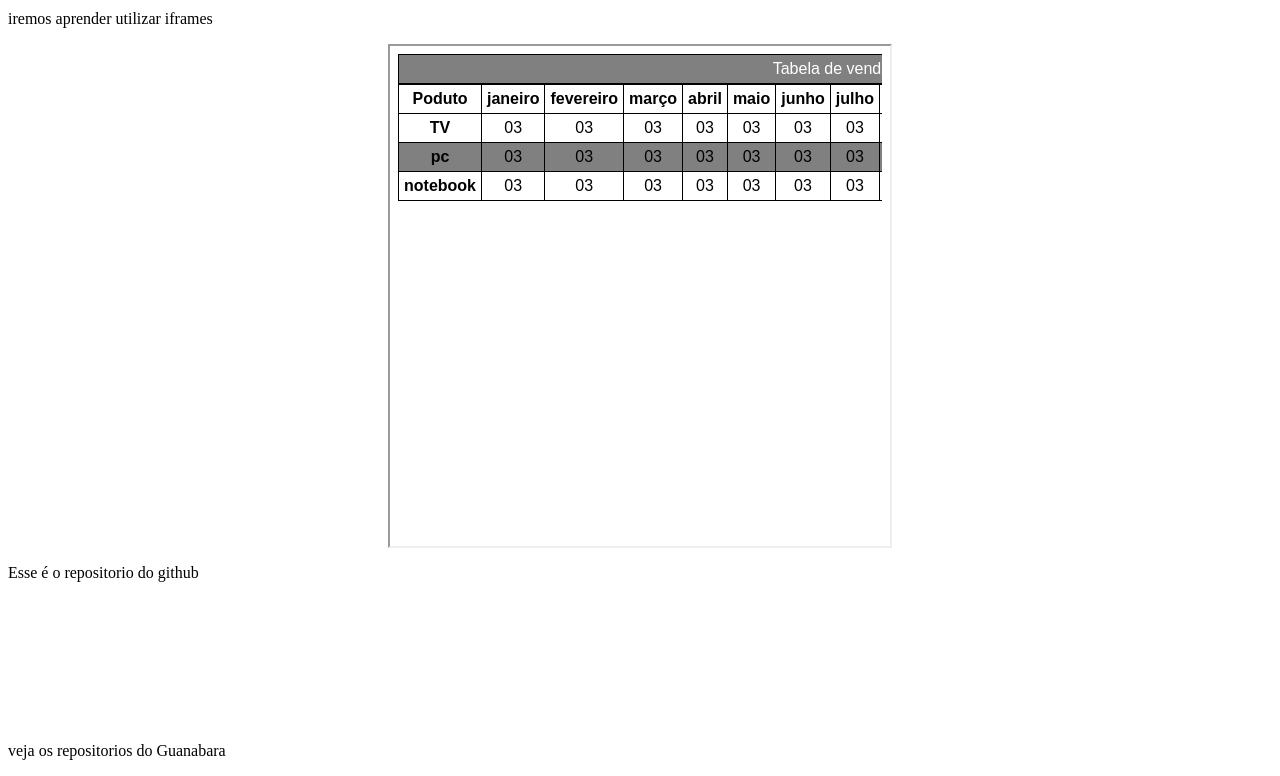
Repository: Lucianorodriguesdev/cursoHTML-CSS
Page: ex024/iframe.html
An editor plug-in stored every save of this project. The page is shown before and after the next save, followed by the edit.
The browser window is 1280 px wide. The pictures show the part of the page from y = 474 to 1250 px (the page is 1250 px tall before and 1050 px after).
Pictures or frames that could not be fetched are drawn as grey boxes.

Above is the page before, as saved 2026-07-01 07:09:45.

After the next save:
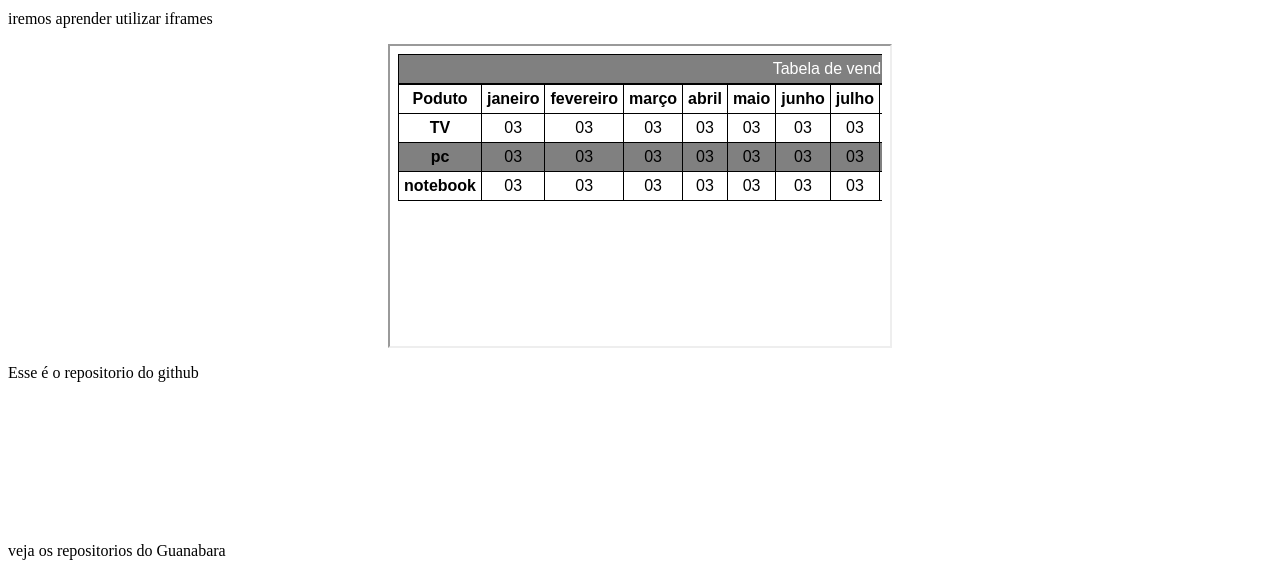
Saved 17 s later.
--- a/ex024/iframe.html
+++ b/ex024/iframe.html
@@ -18,7 +18,7 @@
         Nessa aula trabalharemos com iframe
     </h1>
     <p> com  ajuda do <iframe src="https://www.cursoemvideo.com" frameborder="0" width="500" height="350"> [seu navegador não é compativel com iframe]</iframe> iremos aprender utilizar iframes</p>
-    <iframe src="responsividade-tabela.html" frameborder="1" width="500px" height="500px"></iframe>
+    <iframe src="responsividade-tabela.html" frameborder="1" width="500px" height="300px"></iframe>
 
     <p>Esse é o repositorio do github<iframe src="https://gustavoguanabara.github.io/" frameborder="0">Seu navegador não é compativel com iframe, clique <a href="https://gustavoguanabara.github.io/">aqui</a> e acesse o site</iframe> veja os repositorios do Guanabara</p>
 </body>
